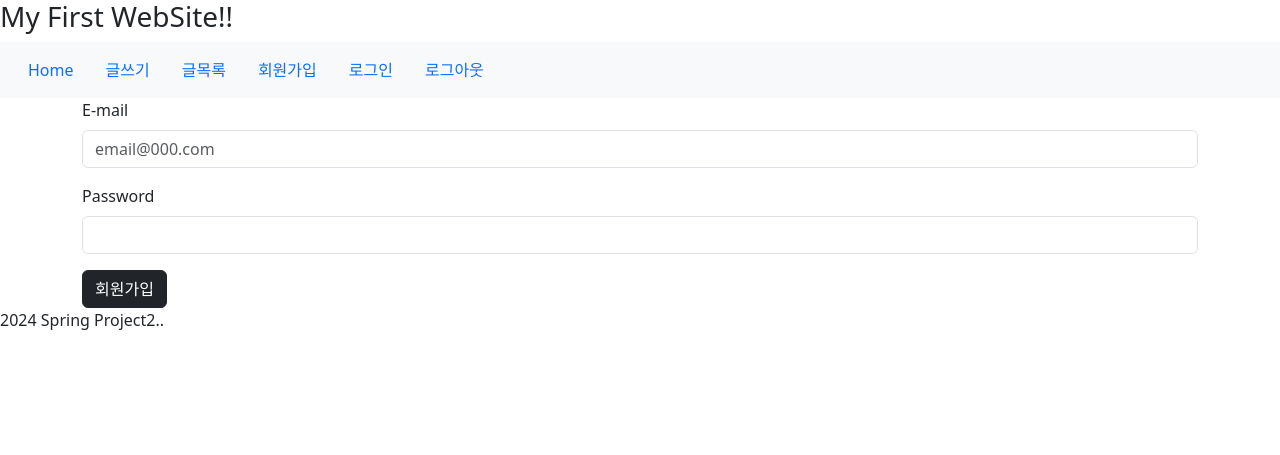
Repository: nefer2/Spring_Study
Page: http://localhost/spring_test2/WEB-INF/views/member/register.jsp
An editor plug-in stored every save of this project. The page is shown before and after the next save, followed by the edit.
The browser window is 1280 px wide. The pictures show the whole page.
The page is served by Tomcat 9. Nobody is signed in. The template is opened directly, without the code that normally fills it, so the values that code supplies are empty.

Above is the page before, as saved 2024-01-12 05:48:29.

After the next save:
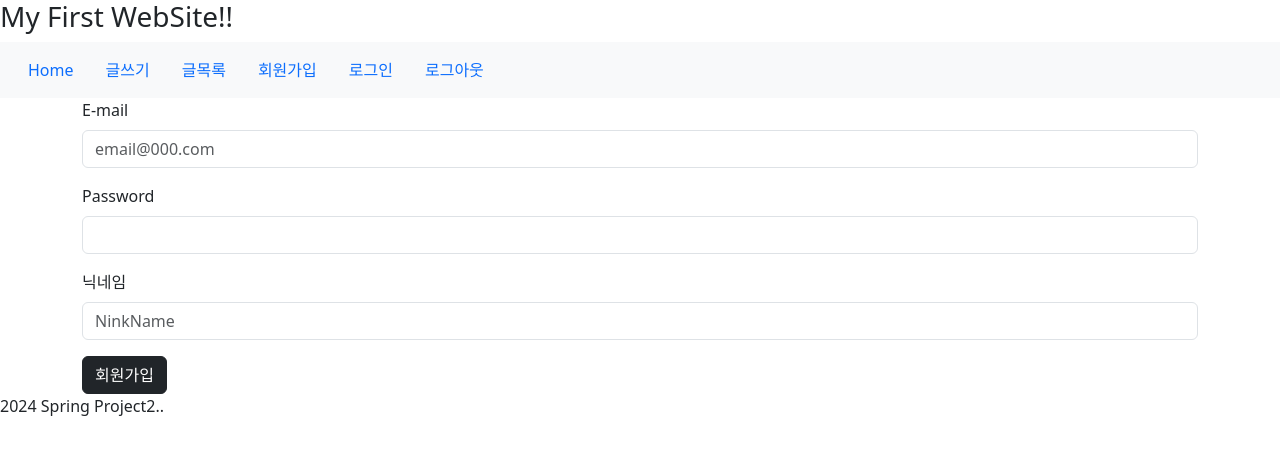
Saved 50 s later.
--- a/spring_test2/src/main/webapp/WEB-INF/views/member/register.jsp
+++ b/spring_test2/src/main/webapp/WEB-INF/views/member/register.jsp
@@ -16,7 +16,10 @@
   <label for="password" class="form-label">Password</label>
   <input type="password" name="password" class="form-control" id="password">
 </div>
-
+<div class="mb-3">
+  <label for="nickname" class="form-label">닉네임</label>
+  <input type="text" name="nickName" class="form-control" id="nickName" placeholder="NinkName">
+</div>
 <button type="submit" class="btn btn-dark" >회원가입</button>
 </form>
 </div>
